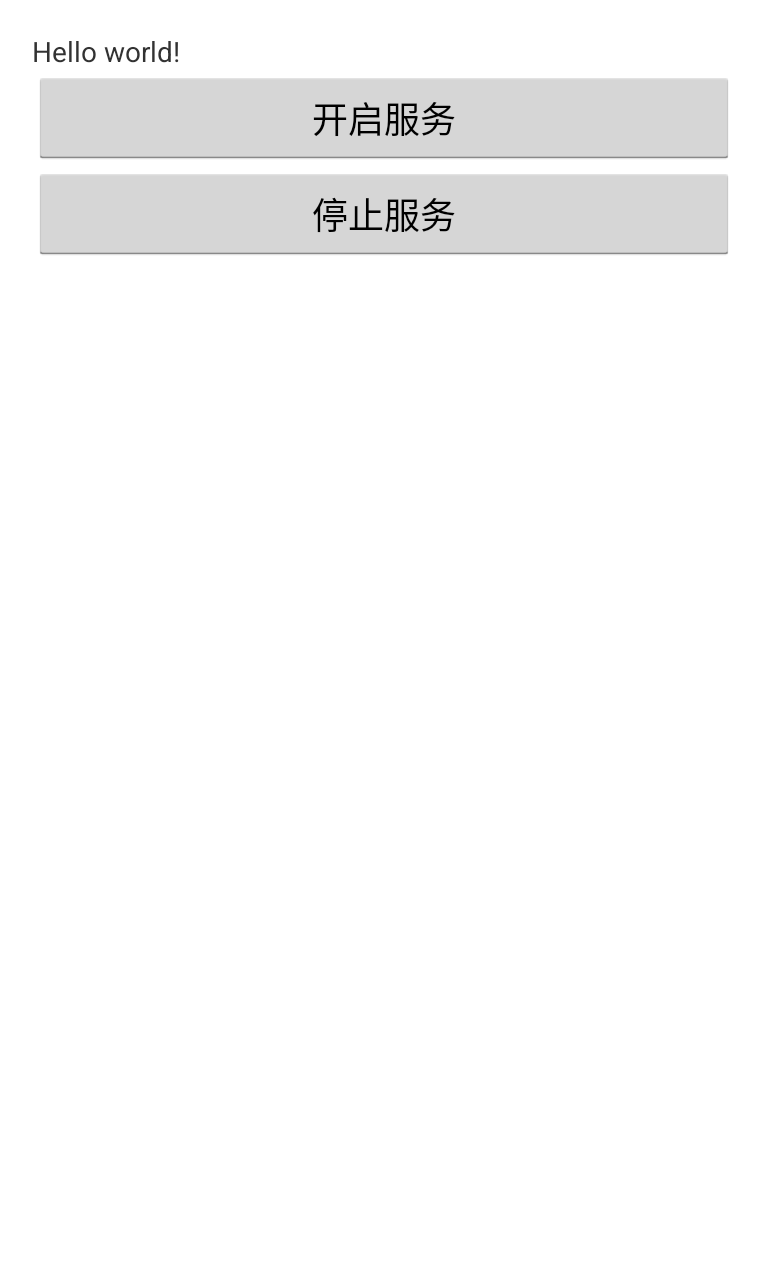
Repository: remix7/The-first-project
Layout: AndroidPROJ/ConnectService/res/layout/activity_main.xml
These files come from the project's save history. The layout is drawn as it stood at one moment and after the next save; the edit follows.
It is drawn on a 768 x 1280 px phone screen (xhdpi) without system bars, with theme AppTheme; the app's code is not run.

Above is the layout before, as saved 2015-10-06 13:40:49.

### AndroidPROJ/ConnectService/res/layout/activity_main.xml
<LinearLayout xmlns:android="http://schemas.android.com/apk/res/android"
    xmlns:tools="http://schemas.android.com/tools"
    android:layout_width="match_parent"
    android:layout_height="match_parent"
    android:paddingBottom="@dimen/activity_vertical_margin"
    android:paddingLeft="@dimen/activity_horizontal_margin"
    android:paddingRight="@dimen/activity_horizontal_margin"
    android:paddingTop="@dimen/activity_vertical_margin"
    android:orientation="vertical"
    tools:context=".MainActivity" >

    <TextView
        android:layout_width="wrap_content"
        android:layout_height="wrap_content"
        android:text="@string/hello_world" />

    <Button
        android:id="@+id/btnStartService"
        android:layout_width="fill_parent"
        android:layout_height="wrap_content"
        android:text="开启服务" />

    <Button
        android:id="@+id/btnStopService"
        android:layout_width="fill_parent"
        android:layout_height="wrap_content"
        android:text="停止服务" />

</LinearLayout>

### AndroidPROJ/ConnectService/res/values/strings.xml
<?xml version="1.0" encoding="utf-8"?>
<resources>

    <string name="app_name">ConnectService</string>
    <string name="action_settings">Settings</string>
    <string name="hello_world">Hello world!</string>

</resources>

Loaded but not shown: AndroidPROJ/ConnectService/res/values/styles.xml (common file); AndroidPROJ/ConnectService/res/values-v11/styles.xml (common file); AndroidPROJ/ConnectService/res/values-v14/styles.xml (common file); AndroidPROJ/ConnectService/res/values/dimens.xml (common file)

After the next save:
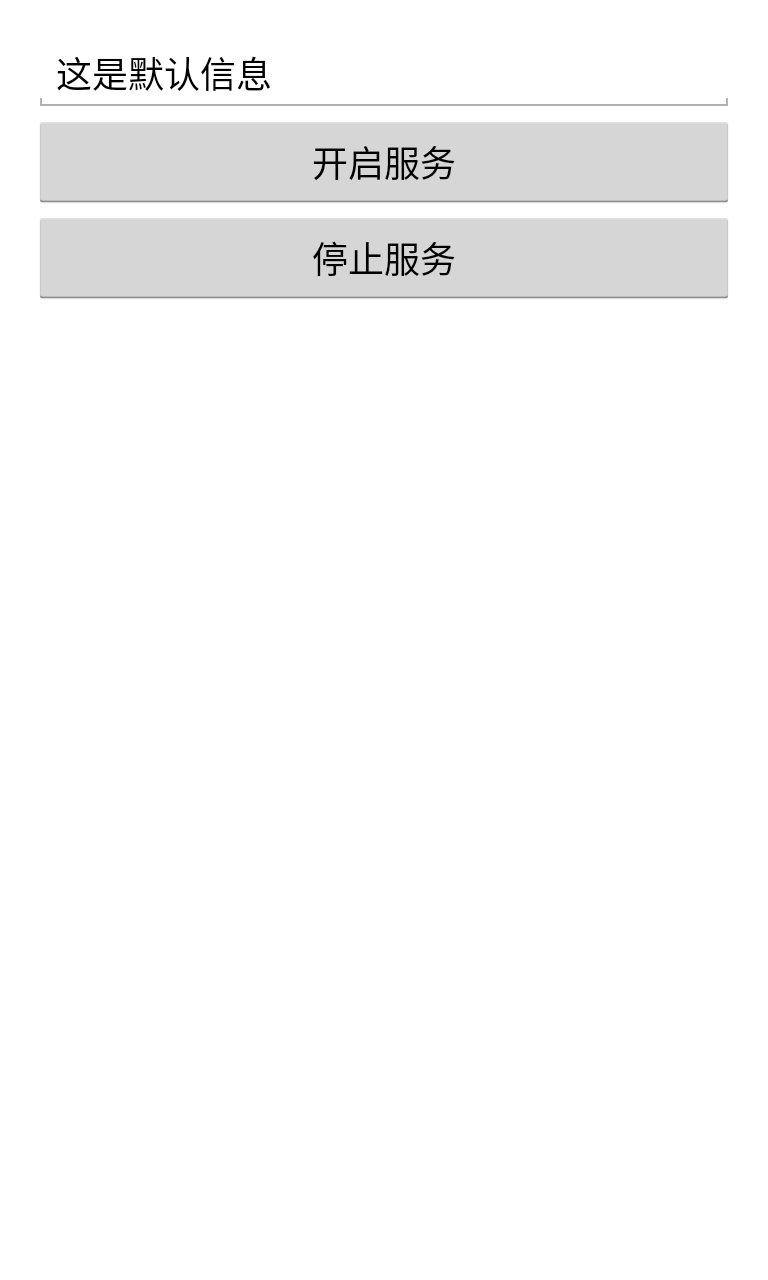
Saved 56 s later.
--- a/AndroidPROJ/ConnectService/res/layout/activity_main.xml
+++ b/AndroidPROJ/ConnectService/res/layout/activity_main.xml
@@ -9,10 +9,12 @@
     android:orientation="vertical"
     tools:context=".MainActivity" >
 
-    <TextView
-        android:layout_width="wrap_content"
+    <EditText
+        android:layout_width="fill_parent"
         android:layout_height="wrap_content"
-        android:text="@string/hello_world" />
+        android:text="这是默认信息"
+        android:id="@+id/etdata"
+        />
 
     <Button
         android:id="@+id/btnStartService"
